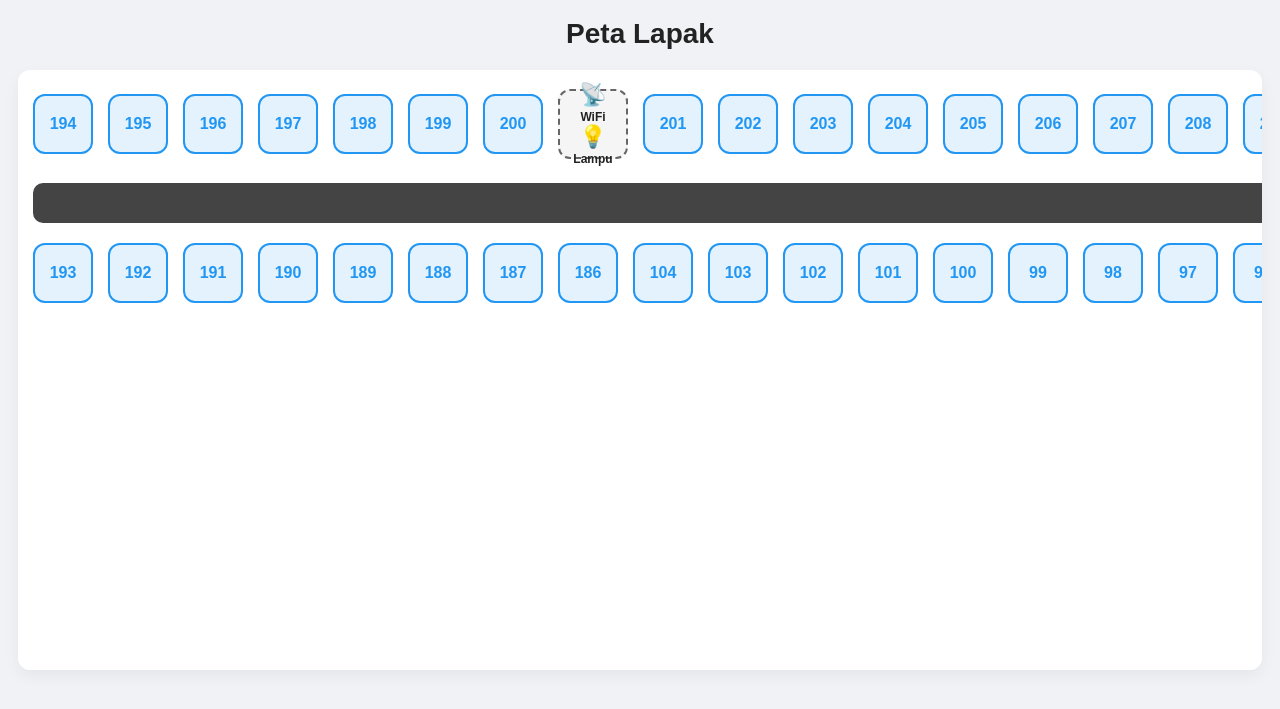
Repository: pasarrakyatbak/denah
Page: index.html
These files come from the project's save history. The page is drawn as it stood at one moment and after the next save; the edit follows.
The browser window is 1280 px wide. The pictures show the whole page.

Above is the page before, as saved 2025-09-19 10:03:14.

After the next save:
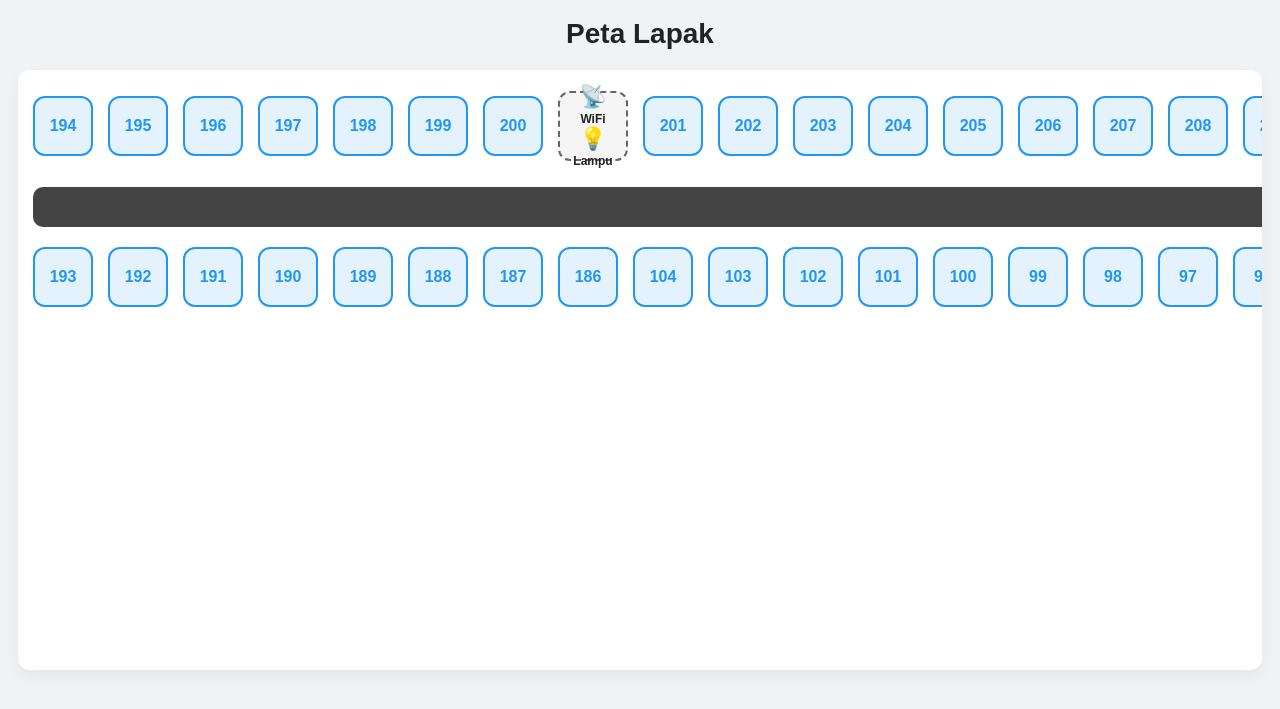
Saved 19 s later.
--- a/style.css
+++ b/style.css
@@ -155,6 +155,16 @@ h1 {
     box-shadow: 0 4px 10px rgba(0, 0, 0, 0.2);
 }
 
+.sungai-atas {
+    background: #00bfff;
+    color: #fff;
+    font-size: 12px;
+    font-weight: bold;
+    padding: 2px;
+    border-radius: 6px;
+    margin-bottom: 4px;
+}
+
 .sungai-bawah span {
     font-size: 0.7em;
     font-weight: 600;
